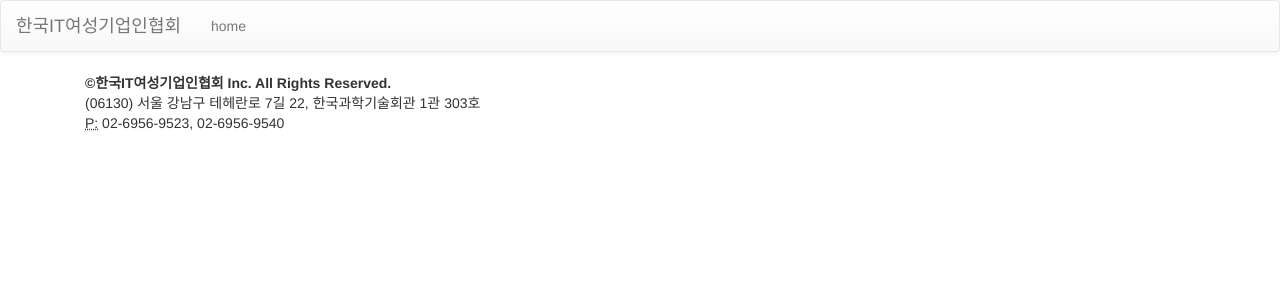
Repository: minho00123/sw-professional-training
Page: http://localhost/sts06/WEB-INF/views/index.jsp
These files come from the project's save history. The page is drawn as it stood at one moment and after the next save; the edit follows.
The browser window is 1280 px wide. The pictures show the whole page.
The page is served by Tomcat 9. Nobody is signed in. The template is opened directly, without the code that normally fills it, so the values that code supplies are empty.

Above is the page before, as saved 2025-05-20 06:47:16.
Console error (its wording comes from the project's code and is left out).

After the next save:
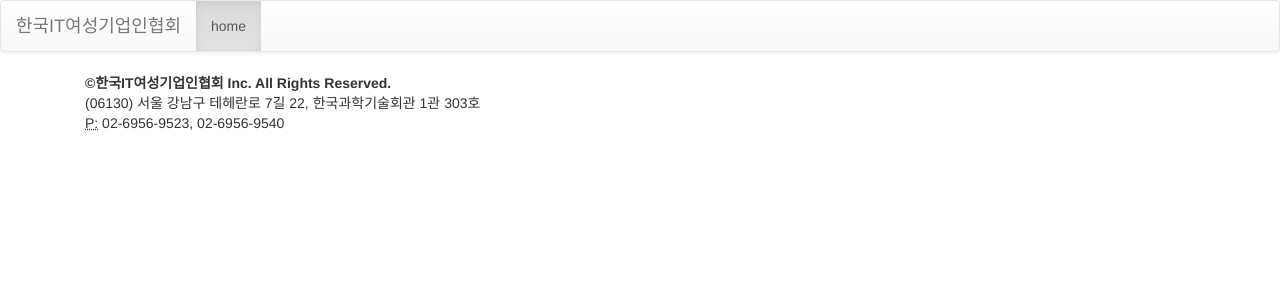
Saved 116 s later.
--- a/stsWorkspace/sts06/src/main/webapp/WEB-INF/views/index.jsp
+++ b/stsWorkspace/sts06/src/main/webapp/WEB-INF/views/index.jsp
@@ -39,7 +39,7 @@
 			<div class="collapse navbar-collapse"
 				id="bs-example-navbar-collapse-1">
 				<ul class="nav navbar-nav">
-					<li><a href="${pageContext.request.contextPath }/">home</a></li>
+					<li class="active"><a href="${pageContext.request.contextPath }/">home</a></li>
 				</ul>
 			</div>
 		</div>
